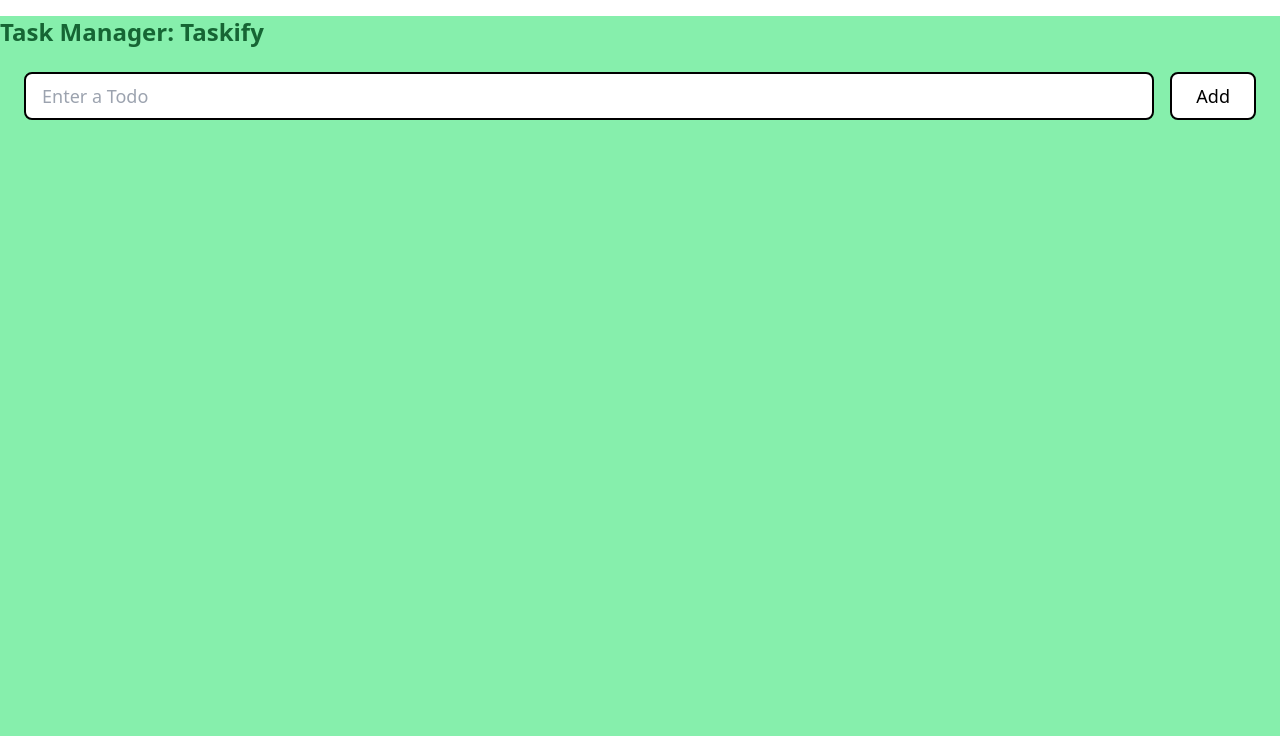
Repository: Dineshbhandari2023/Todo
Page: /
These files come from the project's save history. The page is drawn as it stood at one moment and after the next save; the edit follows.
The browser window is 1280 px wide. The pictures show the whole page.
Some web fonts or font styles are not loaded; a fallback is used. The project was rebuilt for these pictures with package versions that can differ from the ones it lists, and the page was loaded fresh each time.

Above is the page before, as saved 2025-06-19 00:14:11.

After the next save:
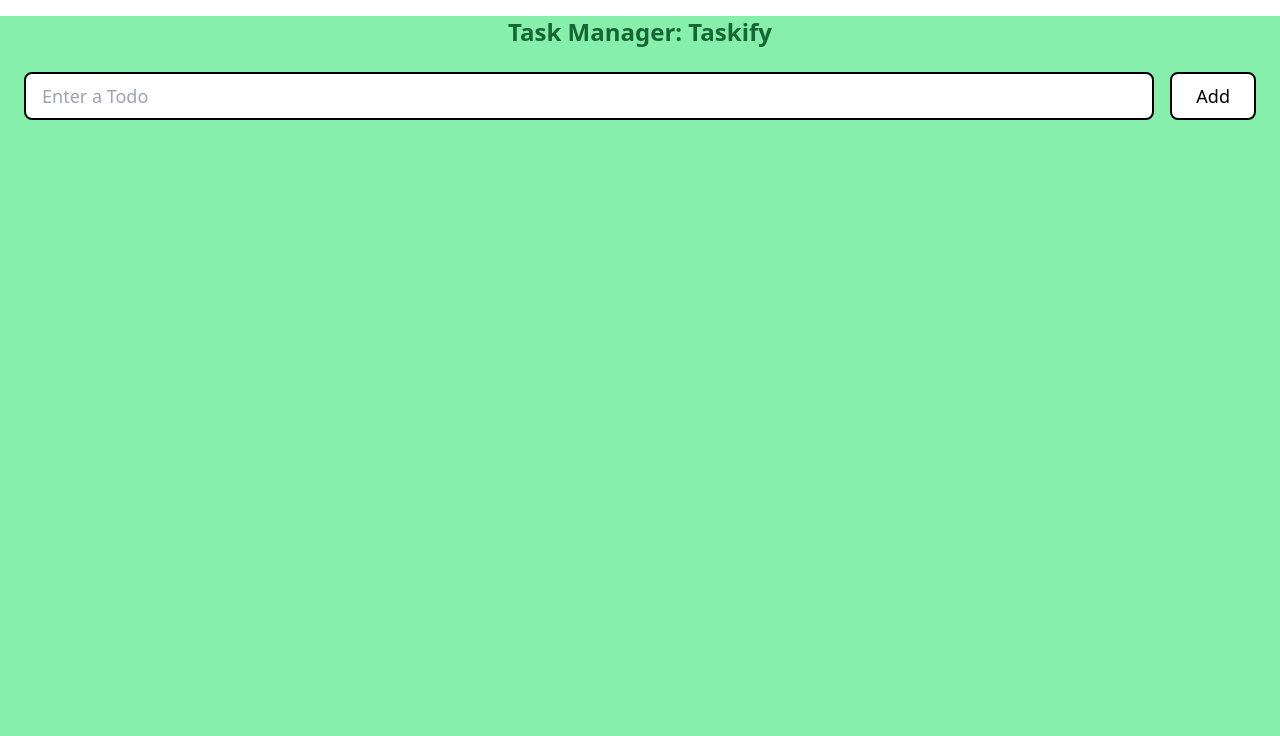
Saved 30 s later.
--- a/src/App.tsx
+++ b/src/App.tsx
@@ -46,7 +46,7 @@ const App: React.FC = () => {
 
   return (
     <div className="bg-green-300 h-screen">
-      <h1 className="font-extrabold text-green-800 text-2xl mt-4">
+      <h1 className="font-extrabold text-center text-green-800 text-2xl mt-4">
         Task Manager: Taskify
       </h1>
       <InputFields todo={todo} setTodo={setTodo} handleAdd={handleAdd} />
